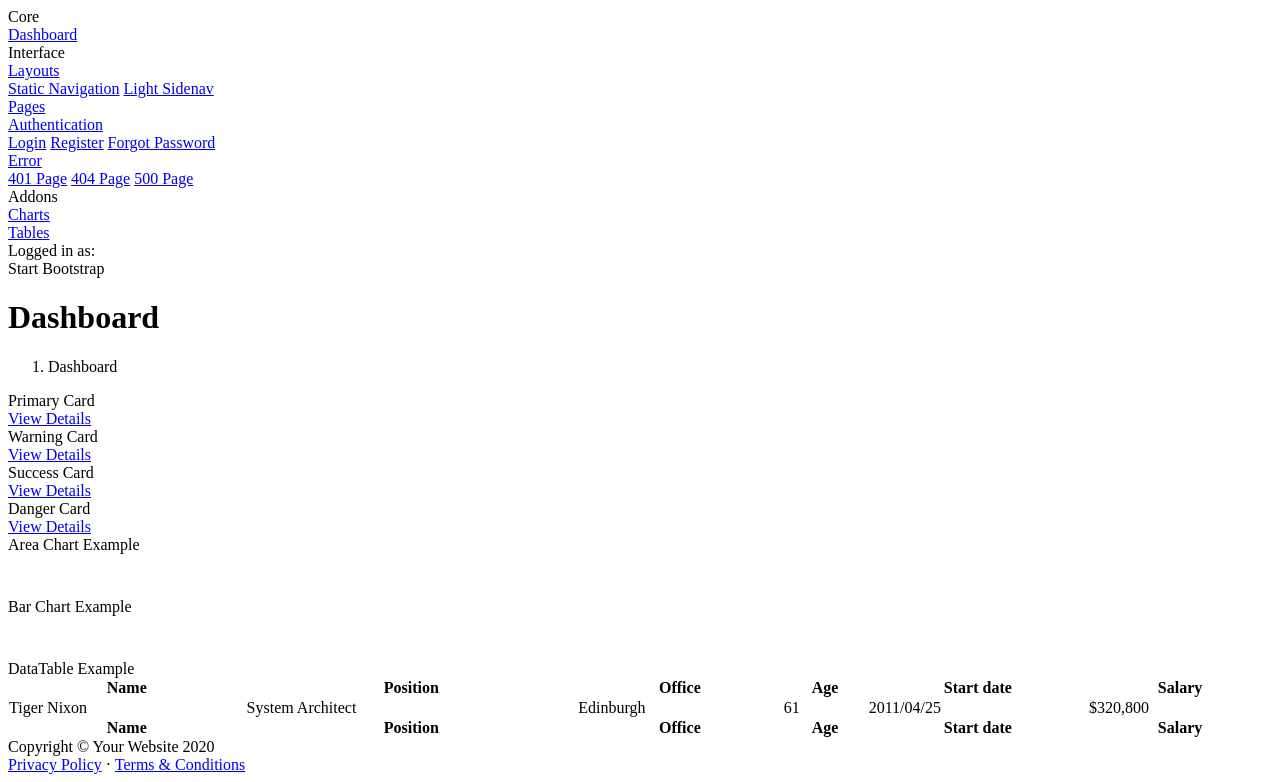
Repository: tampkqn123/springmvc-news
Page: http://localhost/web-news-springmvc/WEB-INF/views/admin/home.jsp
An editor plug-in stored every save of this project. The page is shown before and after the next save, followed by the edit.
The browser window is 1280 px wide. The pictures show the whole page.
The page is served by Tomcat 9. Nobody is signed in. Other server files are loaded and not shown. The template is opened directly, without the code that normally fills it, so the values that code supplies are empty.

Above is the page before, as saved 2020-09-10 04:40:17.

### web-news-springmvc/src/main/webapp/WEB-INF/views/admin/home.jsp
<%@ page language="java" contentType="text/html; charset=UTF-8" pageEncoding="UTF-8"%>
<!DOCTYPE html>
<html>
<head>
<meta charset="UTF-8">
<title>Insert title here</title>
</head>
<body>
	<div id="layoutSidenav">
		<div id="layoutSidenav_nav">
                <nav class="sb-sidenav accordion sb-sidenav-dark" id="sidenavAccordion">
                    <div class="sb-sidenav-menu">
                        <div class="nav">
                            <div class="sb-sidenav-menu-heading">Core</div>
                            <a class="nav-link" href="index.html">
                                <div class="sb-nav-link-icon"><i class="fas fa-tachometer-alt"></i></div>
                                Dashboard
                            </a>
                            <div class="sb-sidenav-menu-heading">Interface</div>
                            <a class="nav-link collapsed" href="#" data-toggle="collapse" data-target="#collapseLayouts" aria-expanded="false" aria-controls="collapseLayouts">
                                <div class="sb-nav-link-icon"><i class="fas fa-columns"></i></div>
                                Layouts
                                <div class="sb-sidenav-collapse-arrow"><i class="fas fa-angle-down"></i></div>
                            </a>
                            <div class="collapse" id="collapseLayouts" aria-labelledby="headingOne" data-parent="#sidenavAccordion">
                                <nav class="sb-sidenav-menu-nested nav">
                                    <a class="nav-link" href="layout-static.html">Static Navigation</a>
                                    <a class="nav-link" href="layout-sidenav-light.html">Light Sidenav</a>
                                </nav>
                            </div>
                            <a class="nav-link collapsed" href="#" data-toggle="collapse" data-target="#collapsePages" aria-expanded="false" aria-controls="collapsePages">
                                <div class="sb-nav-link-icon"><i class="fas fa-book-open"></i></div>
                                Pages
                                <div class="sb-sidenav-collapse-arrow"><i class="fas fa-angle-down"></i></div>
                            </a>
                            <div class="collapse" id="collapsePages" aria-labelledby="headingTwo" data-parent="#sidenavAccordion">
                                <nav class="sb-sidenav-menu-nested nav accordion" id="sidenavAccordionPages">
                                    <a class="nav-link collapsed" href="#" data-toggle="collapse" data-target="#pagesCollapseAuth" aria-expanded="false" aria-controls="pagesCollapseAuth">
                                        Authentication
                                        <div class="sb-sidenav-collapse-arrow"><i class="fas fa-angle-down"></i></div>
                                    </a>
                                    <div class="collapse" id="pagesCollapseAuth" aria-labelledby="headingOne" data-parent="#sidenavAccordionPages">
                                        <nav class="sb-sidenav-menu-nested nav">
                                            <a class="nav-link" href="login.html">Login</a>
                                            <a class="nav-link" href="register.html">Register</a>
                                            <a class="nav-link" href="password.html">Forgot Password</a>
                                        </nav>
                                    </div>
                                    <a class="nav-link collapsed" href="#" data-toggle="collapse" data-target="#pagesCollapseError" aria-expanded="false" aria-controls="pagesCollapseError">
                                        Error
                                        <div class="sb-sidenav-collapse-arrow"><i class="fas fa-angle-down"></i></div>
                                    </a>
                                    <div class="collapse" id="pagesCollapseError" aria-labelledby="headingOne" data-parent="#sidenavAccordionPages">
                                        <nav class="sb-sidenav-menu-nested nav">
                                            <a class="nav-link" href="401.html">401 Page</a>
                                            <a class="nav-link" href="404.html">404 Page</a>
                                            <a class="nav-link" href="500.html">500 Page</a>
                                        </nav>
                                    </div>
                                </nav>
                            </div>
                            <div class="sb-sidenav-menu-heading">Addons</div>
                            <a class="nav-link" href="charts.html">
                                <div class="sb-nav-link-icon"><i class="fas fa-chart-area"></i></div>
                                Charts
                            </a>
                            <a class="nav-link" href="tables.html">
                                <div class="sb-nav-link-icon"><i class="fas fa-table"></i></div>
                                Tables
                            </a>
                        </div>
                    </div>
                    <div class="sb-sidenav-footer">
                        <div class="small">Logged in as:</div>
                        Start Bootstrap
                    </div>
                </nav>
            </div>
            <div id="layoutSidenav_content">
                <main>
                    <div class="container-fluid">
                        <h1 class="mt-4">Dashboard</h1>
                        <ol class="breadcrumb mb-4">
                            <li class="breadcrumb-item active">Dashboard</li>
                        </ol>
                        <div class="row">
                            <div class="col-xl-3 col-md-6">
                                <div class="card bg-primary text-white mb-4">
                                    <div class="card-body">Primary Card</div>
                                    <div class="card-footer d-flex align-items-center justify-content-between">
                                        <a class="small text-white stretched-link" href="#">View Details</a>
                                        <div class="small text-white"><i class="fas fa-angle-right"></i></div>
                                    </div>
                                </div>
                            </div>
                            <div class="col-xl-3 col-md-6">
                                <div class="card bg-warning text-white mb-4">
                                    <div class="card-body">Warning Card</div>
                                    <div class="card-footer d-flex align-items-center justify-content-between">
                                        <a class="small text-white stretched-link" href="#">View Details</a>
                                        <div class="small text-white"><i class="fas fa-angle-right"></i></div>
                                    </div>
                                </div>
                            </div>
                            <div class="col-xl-3 col-md-6">
                                <div class="card bg-success text-white mb-4">
                                    <div class="card-body">Success Card</div>
                                    <div class="card-footer d-flex align-items-center justify-content-between">
                                        <a class="small text-white stretched-link" href="#">View Details</a>
                                        <div class="small text-white"><i class="fas fa-angle-right"></i></div>
                                    </div>
                                </div>
                            </div>
                            <div class="col-xl-3 col-md-6">
                                <div class="card bg-danger text-white mb-4">
                                    <div class="card-body">Danger Card</div>
                                    <div class="card-footer d-flex align-items-center justify-content-between">
                                        <a class="small text-white stretched-link" href="#">View Details</a>
                                        <div class="small text-white"><i class="fas fa-angle-right"></i></div>
                                    </div>
                                </div>
                            </div>
                        </div>
                        <div class="row">
                            <div class="col-xl-6">
                                <div class="card mb-4">
                                    <div class="card-header">
                                        <i class="fas fa-chart-area mr-1"></i>
                                        Area Chart Example
                                    </div>
                                    <div class="card-body"><canvas id="myAreaChart" width="100%" height="40"></canvas></div>
                                </div>
                            </div>
                            <div class="col-xl-6">
                                <div class="card mb-4">
                                    <div class="card-header">
                                        <i class="fas fa-chart-bar mr-1"></i>
                                        Bar Chart Example
                                    </div>
                                    <div class="card-body"><canvas id="myBarChart" width="100%" height="40"></canvas></div>
                                </div>
                            </div>
                        </div>
                        <div class="card mb-4">
                            <div class="card-header">
                                <i class="fas fa-table mr-1"></i>
                                DataTable Example
                            </div>
                            <div class="card-body">
                                <div class="table-responsive">
                                    <table class="table table-bordered" id="dataTable" width="100%" cellspacing="0">
                                        <thead>
                                            <tr>
                                                <th>Name</th>
                                                <th>Position</th>
                                                <th>Office</th>
                                                <th>Age</th>
                                                <th>Start date</th>
                                                <th>Salary</th>
                                            </tr>
                                        </thead>
                                        <tfoot>
                                            <tr>
                                                <th>Name</th>
                                                <th>Position</th>
                                                <th>Office</th>
                                                <th>Age</th>
                                                <th>Start date</th>
                                                <th>Salary</th>
                                            </tr>
                                        </tfoot>
                                        <tbody>
                                            <tr>
                                                <td>Tiger Nixon</td>
                                                <td>System Architect</td>
                                                <td>Edinburgh</td>
                                                <td>61</td>
                                                <td>2011/04/25</td>
                                                <td>$320,800</td>
                                            </tr>

                                        </tbody>
                                    </table>
                                </div>
                            </div>
                        </div>
                    </div>
                </main>
                <footer class="py-4 bg-light mt-auto">
                    <div class="container-fluid">
                        <div class="d-flex align-items-center justify-content-between small">
                            <div class="text-muted">Copyright &copy; Your Website 2020</div>
                            <div>
                                <a href="#">Privacy Policy</a>
                                &middot;
                                <a href="#">Terms &amp; Conditions</a>
                            </div>
                        </div>
                    </div>
                </footer>

            </div>
	</div>
</body>
</html>

After the next save:
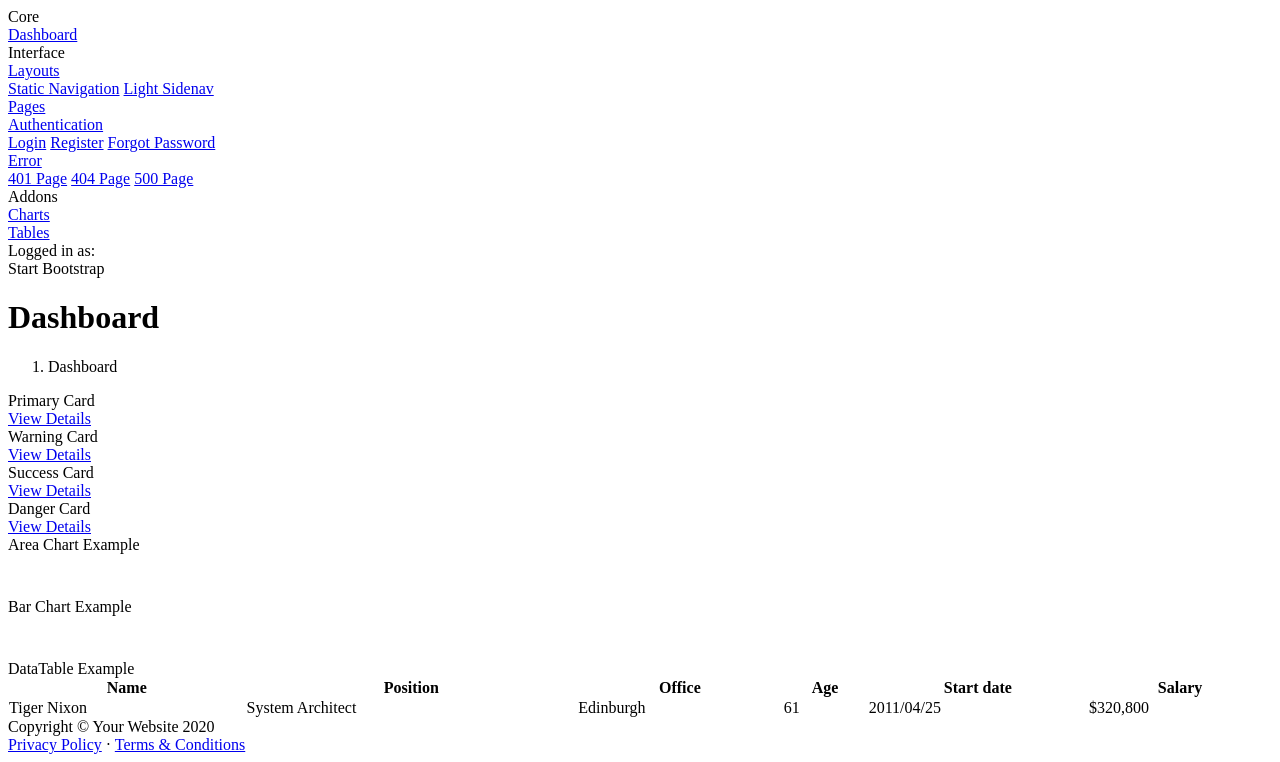
Saved 28 s later.
--- a/web-news-springmvc/src/main/webapp/WEB-INF/views/admin/home.jsp
+++ b/web-news-springmvc/src/main/webapp/WEB-INF/views/admin/home.jsp
@@ -159,16 +159,7 @@
                                                 <th>Salary</th>
                                             </tr>
                                         </thead>
-                                        <tfoot>
-                                            <tr>
-                                                <th>Name</th>
-                                                <th>Position</th>
-                                                <th>Office</th>
-                                                <th>Age</th>
-                                                <th>Start date</th>
-                                                <th>Salary</th>
-                                            </tr>
-                                        </tfoot>
+
                                         <tbody>
                                             <tr>
                                                 <td>Tiger Nixon</td>
